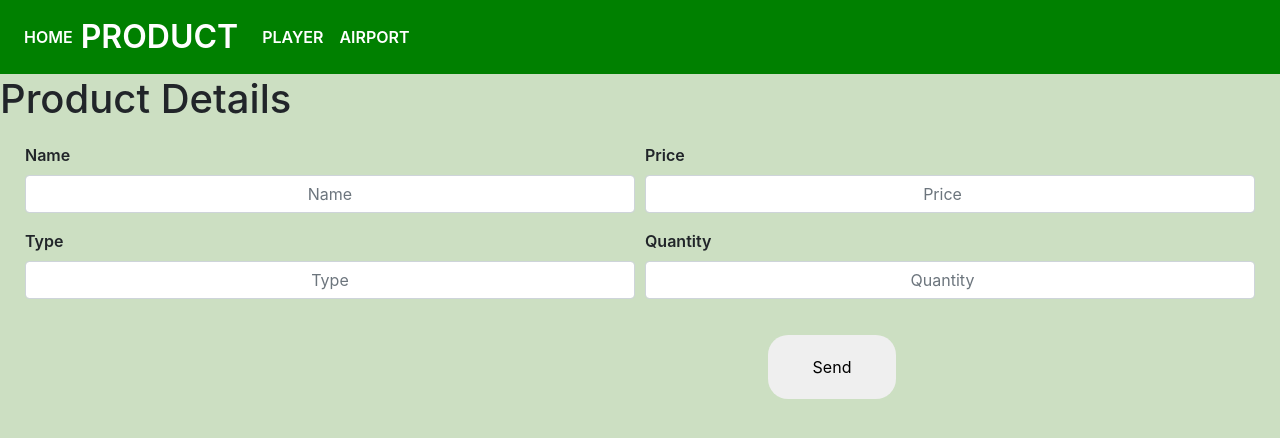
Repository: 05Mohammedismail/xworkz--Advance-Java
Page: http://localhost/Sep13_JSP/product.jsp
The author's editor kept a copy of each file at every save. The page is drawn from the files as they stood at one save, then again after the next save.
The browser window is 1280 px wide. The pictures show the whole page.
The page is served by Tomcat 9. Other server files are loaded and not shown.

Above is the page before, as saved 2023-09-13 15:49:31.

### Sep13_JSP/src/main/webapp/product.jsp
<%@ page language="java" contentType="text/html; charset=ISO-8859-1"
    pageEncoding="ISO-8859-1"%>
<!doctype html>
<html lang="en">
  <head>
    <meta charset="utf-8">
    <meta name="viewport" content="width=device-width, initial-scale=1">
    <title>MY-JSP</title>
<link rel="stylesheet" href="https://cdn.jsdelivr.net/npm/bootstrap@4.1.3/dist/css/bootstrap.min.css" integrity="sha384-MCw98/SFnGE8fJT3GXwEOngsV7Zt27NXFoaoApmYm81iuXoPkFOJwJ8ERdknLPMO" crossorigin="anonymous">

<style type="text/css">

body{
background-color: rgb(204, 223, 194);
}
.navbar-brand{
font-size: 2em;
}
.navbar{
background: green;
margin-bottom: 1px;
font-weight:600;
color: white;
}
.nav-link:hover{
text-decoration: underline;
}

.form-row{
margin: 20px;
position: relative;
}

.send{
position: absolute;
right: 30%;
border-radius: 20px;
height: 4em;
width: 8em;
outline: none;
border: none;
}

.form-control{
text-align: center;
}

.form-group label{
font-weight: 600;
}

</style>
</head>

  <body>
   <nav class="navbar navbar-expand-lg navbar-light">

  <div class="collapse navbar-collapse" id="navbarNav">
    <ul class="navbar-nav">
      <li class="nav-item">
        <a class="nav-link text-white" href="index.jsp">HOME</a>
      </li>
      </ul>


      <a class="navbar-brand">PRODUCT</a>
  <button class="navbar-toggler" type="button" data-toggle="collapse" data-target="#navbarNav" aria-controls="navbarNav" aria-expanded="false" aria-label="Toggle navigation">
    <span class="navbar-toggler-icon"></span>
  </button>

      <ul class="navbar-nav">
      <li class="nav-item">
        <a class="nav-link text-white" href="player.jsp">PLAYER</a>
      </li>
      <li class="nav-item">
        <a class="nav-link text-white" href="airport.jsp">AIRPORT</a>
      </li>
    </ul>
  </div>
</nav>

<h1>Product Details</h1>
<form>
  <div class="form-row">
    <div class="form-group col-md-6">
      <label class="label">Name</label>
      <input type="text" class="form-control" placeholder="Name">
    </div>

    <div class="form-group col-md-6">
      <label>Price</label>
      <input type="number" class="form-control" placeholder="Price">
    </div>

    <div class="form-group col-md-6">
      <label >Type</label>
      <input type="text" class="form-control" placeholder="Type">
    </div>

    <div class="form-group col-md-6">
      <label>Quantity</label>
      <input type="number" class="form-control" placeholder="Quantity">
    </div>
 </div>
 <input class="send" type="submit" value="Send">
</form>
    <script src="https://cdn.jsdelivr.net/npm/bootstrap@5.3.1/dist/js/bootstrap.bundle.min.js" integrity="sha384-HwwvtgBNo3bZJJLYd8oVXjrBZt8cqVSpeBNS5n7C8IVInixGAoxmnlMuBnhbgrkm" crossorigin="anonymous"></script>
  </body>
</html>

After the next save:
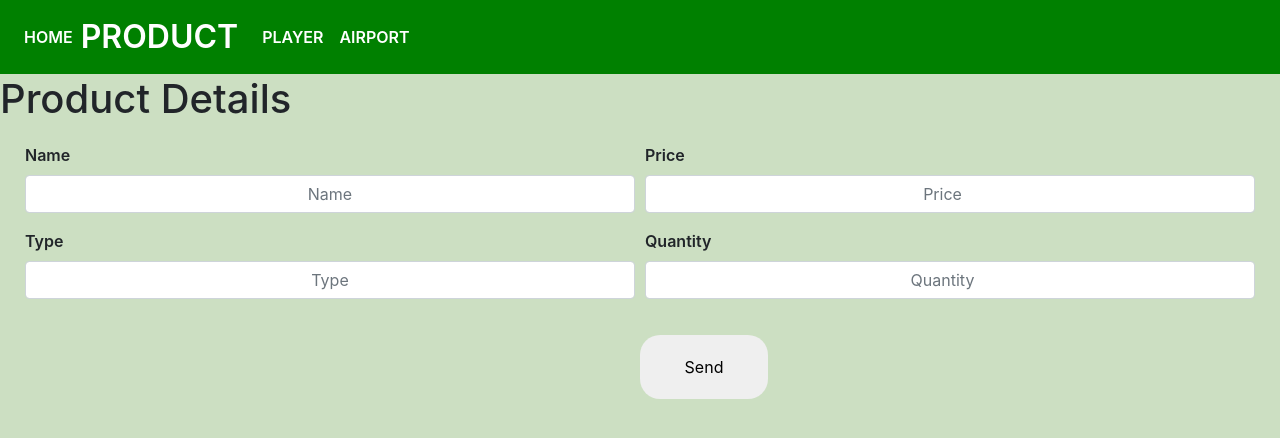
Saved 6 s later.
--- a/Sep13_JSP/src/main/webapp/product.jsp
+++ b/Sep13_JSP/src/main/webapp/product.jsp
@@ -33,7 +33,7 @@ position: relative;
 
 .send{
 position: absolute;
-right: 30%;
+right: 40%;
 border-radius: 20px;
 height: 4em;
 width: 8em;
